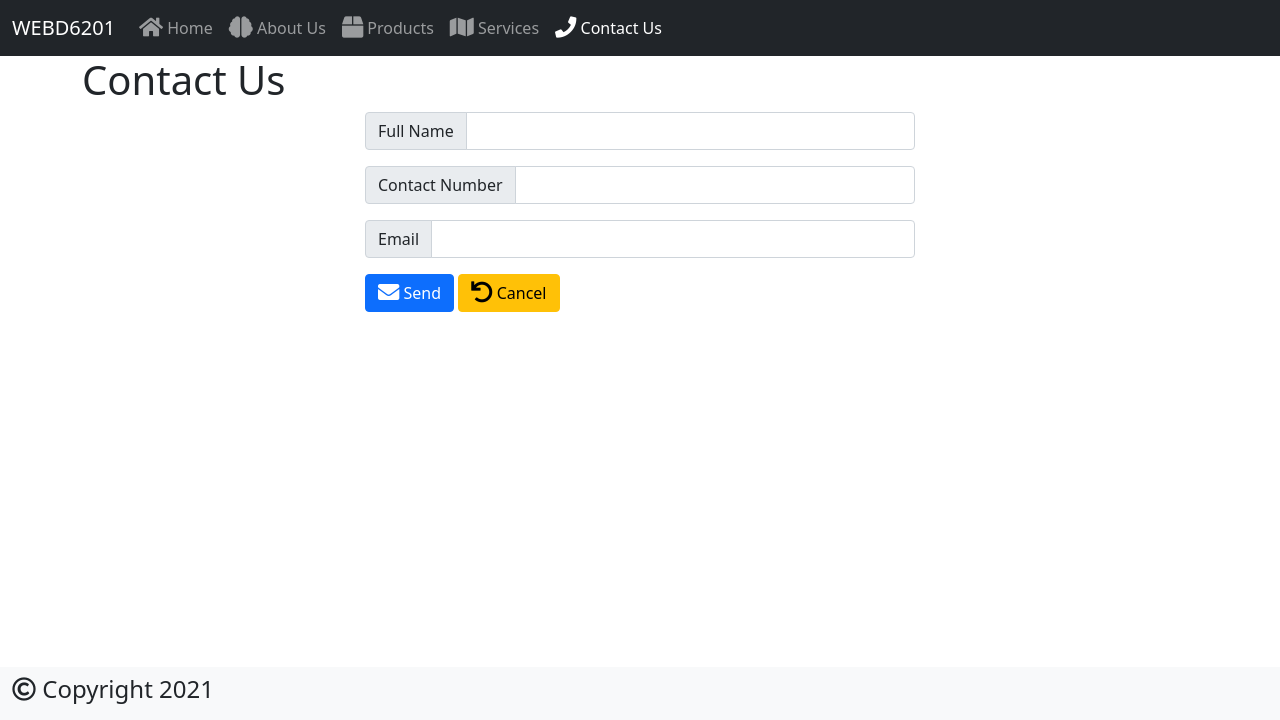
Repository: AshokSasi/WEBD6201-Week3
Page: contact.html
These files come from the project's save history. The page is drawn as it stood at one moment and after the next save; the edit follows.
The browser window is 1280 px wide. The pictures show the whole page.

Above is the page before, as saved 2021-01-21 10:49:48.

After the next save:
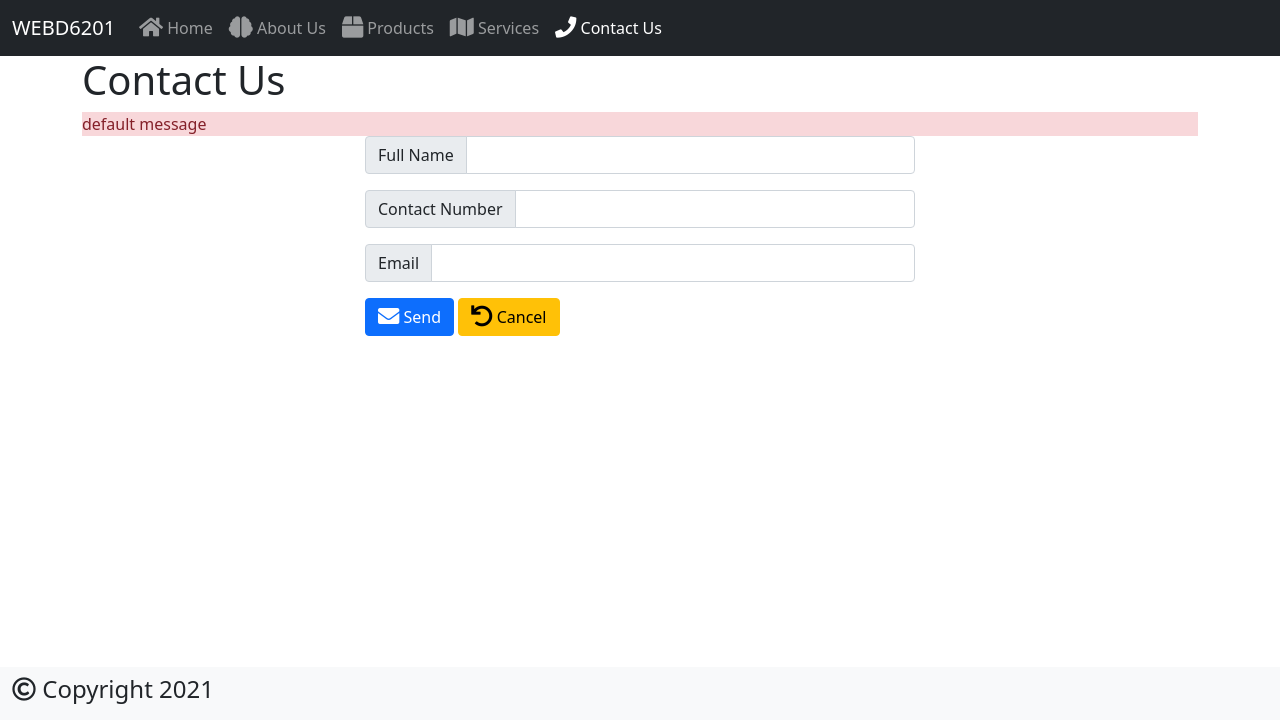
Saved 6 s later.
--- a/contact.html
+++ b/contact.html
@@ -47,7 +47,7 @@
     <main class="container">
         <h1>Contact Us</h1>
        <div id="messageArea" class="alert-danger">
-
+         default message
        </div>
         <!--Contact us form-->
         <div class="row justify-content-md-center g-3">
